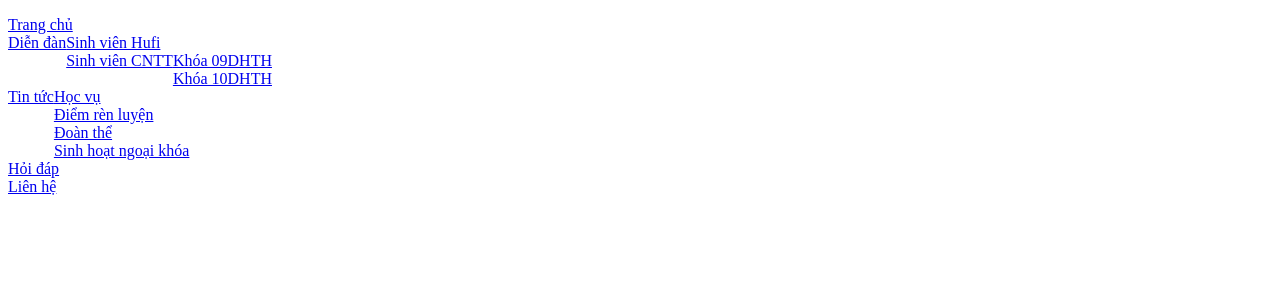
Repository: Tan-Khang21/TH_TKW--Buoi_08
Page: Bai_Tap_Tren_Lop/Bai_02_main/Bai_02_main.html
The author's editor kept a copy of each file at every save. The page is drawn from the files as they stood at one save, then again after the next save.
The browser window is 1280 px wide. The pictures show the whole page.

Above is the page before, as saved 2024-03-13 16:02:15.

After the next save:
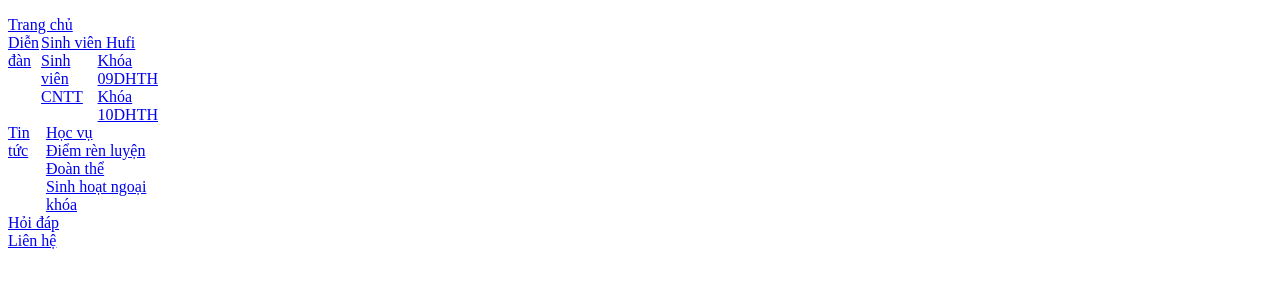
Saved 75 s later.
--- a/Bai_Tap_Tren_Lop/Bai_02_main/style.css
+++ b/Bai_Tap_Tren_Lop/Bai_02_main/style.css
@@ -5,3 +5,6 @@ ul {
   padding: 0;
   list-style: none;
 }
+.list1 {
+  width: 150px;
+}
